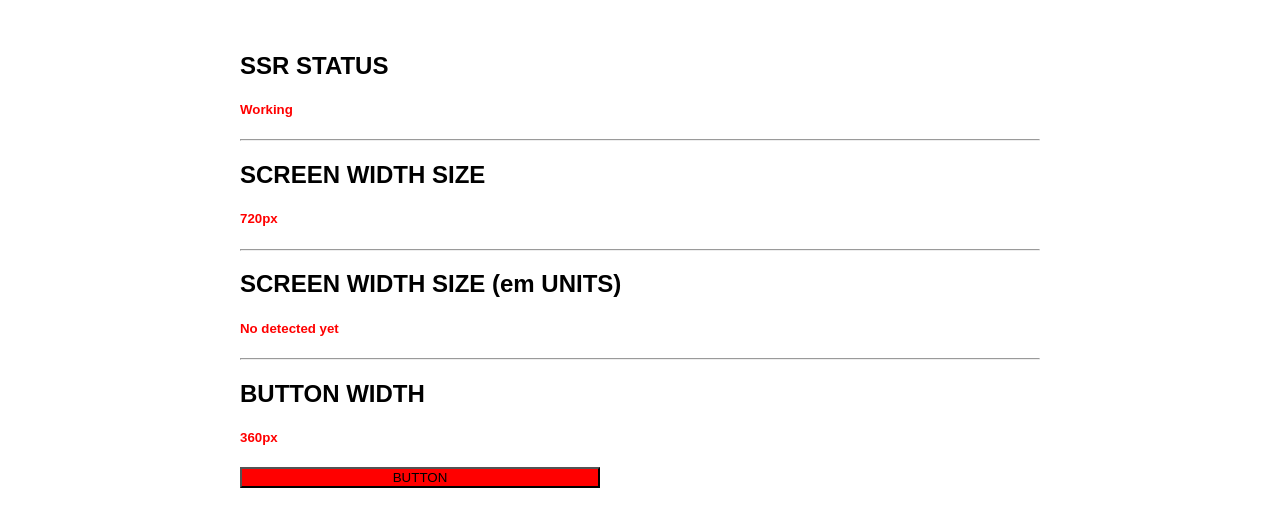
Repository: adrihle/screen-detector-nextpwa
Page: /
These files come from the project's save history. The page is drawn as it stood at one moment and after the next save; the edit follows.
The browser window is 1280 px wide. The pictures show the whole page.
The project was rebuilt for these pictures with package versions that can differ from the ones it lists, and the page was loaded fresh each time. The framework's server and built-in components were replaced by stand-ins that run in the browser. Imported but missing from the stored project, and not drawn on this page: pages/_document.

Above is the page before, as saved 2020-12-28 13:55:16.

### pages/_app.js
import App, { Container } from "next/app";
import Head from "next/head";
import styled, { createGlobalStyle } from "styled-components";
import { title } from "./_document";

// Any global CSS variables and selectors we want
const GlobalStyle = createGlobalStyle`
  :root {
    --padding: 2rem;
    --max-width: 50rem;
  }

  body {
    background: var(--background--1);
    font-family: 'PT Sans', sans-serif;
    margin: 0;
  }
`;

const Main = styled.main`
  margin: 0 auto;
  max-width: var(--max-width);
  padding: var(--padding);
`;

export default class MyApp extends App {
  static async getInitialProps({ Component, ctx }) {
    let pageProps = {};

    if (Component.getInitialProps) {
      pageProps = await Component.getInitialProps(ctx);
    }

    return { pageProps };
  }

  render() {
    const { Component, pageProps, router } = this.props;

    return (
      <>
        <Head>
          <title>{title}</title>
        </Head>
        <Container>
          <Main>
            <Component {...pageProps} router={router} />
          </Main>
          <GlobalStyle />
        </Container>
      </>
    );
  }
}

### pages/index.js
import { useEffect, useState } from 'react'





const Index = ({ server }) => {

  const [size, setSize] = useState()


  let widthEM = 'No detected yet'

  useEffect(() => {
    const handleSize = () => setSize(window.innerHeight)
    handleSize()
    widthEM = size / parseFloat(window.getComputedStyle(document.querySelector('body'))['font-size'])
    window.addEventListener('resize', handleSize)
    return () => {window.removeEventListener('resize', handleSize)}
  },[])

  const width = size + 'px'


  const btnWidth = size / 2

  return (
    <>
      <h2>SSR STATUS</h2>
      <h5 style={{color:'red'}}>{server ? 'Working' : 'Not Working'}</h5>
      <hr />
      <h2>SCREEN WIDTH SIZE</h2>
      <h5 style={{color:'red'}}>{width}</h5>
      <hr/>
      <h2>SCREEN WIDTH SIZE (em UNITS)</h2>
      <h5 style={{color:'red'}}>{widthEM}</h5>
      <hr/>
      {size>240 && (
        <>
          <h2>BUTTON WIDTH</h2>
          <h5 style={{color:'red'}}>{`${btnWidth}px`}</h5>
          <button style={{background:'red', width:btnWidth}}>BUTTON</button>
        </>
      )}
    </>
  )
}

Index.getInitialProps = async function() {
  return {
    server: true,
  }
};

export default Index;

After the next save:
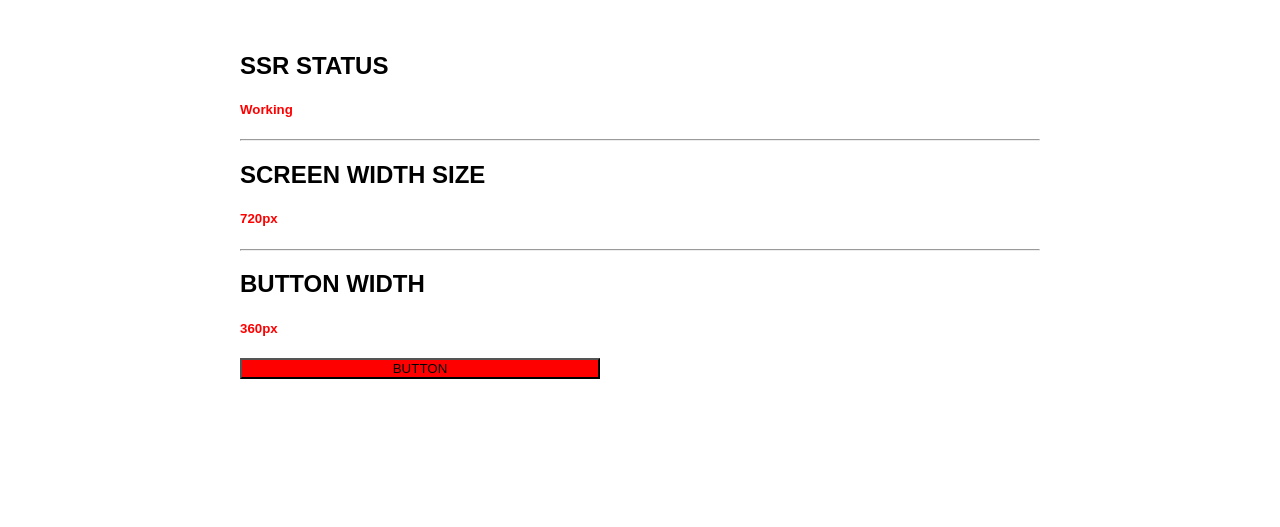
Saved 56 s later.
--- a/pages/index.js
+++ b/pages/index.js
@@ -9,12 +9,9 @@ const Index = ({ server }) => {
   const [size, setSize] = useState()
 
 
-  let widthEM = 'No detected yet'
-
   useEffect(() => {
     const handleSize = () => setSize(window.innerHeight)
     handleSize()
-    widthEM = size / parseFloat(window.getComputedStyle(document.querySelector('body'))['font-size'])
     window.addEventListener('resize', handleSize)
     return () => {window.removeEventListener('resize', handleSize)}
   },[])
@@ -31,9 +28,6 @@ const Index = ({ server }) => {
       <hr />
       <h2>SCREEN WIDTH SIZE</h2>
       <h5 style={{color:'red'}}>{width}</h5>
-      <hr/>
-      <h2>SCREEN WIDTH SIZE (em UNITS)</h2>
-      <h5 style={{color:'red'}}>{widthEM}</h5>
       <hr/>
       {size>240 && (
         <>
